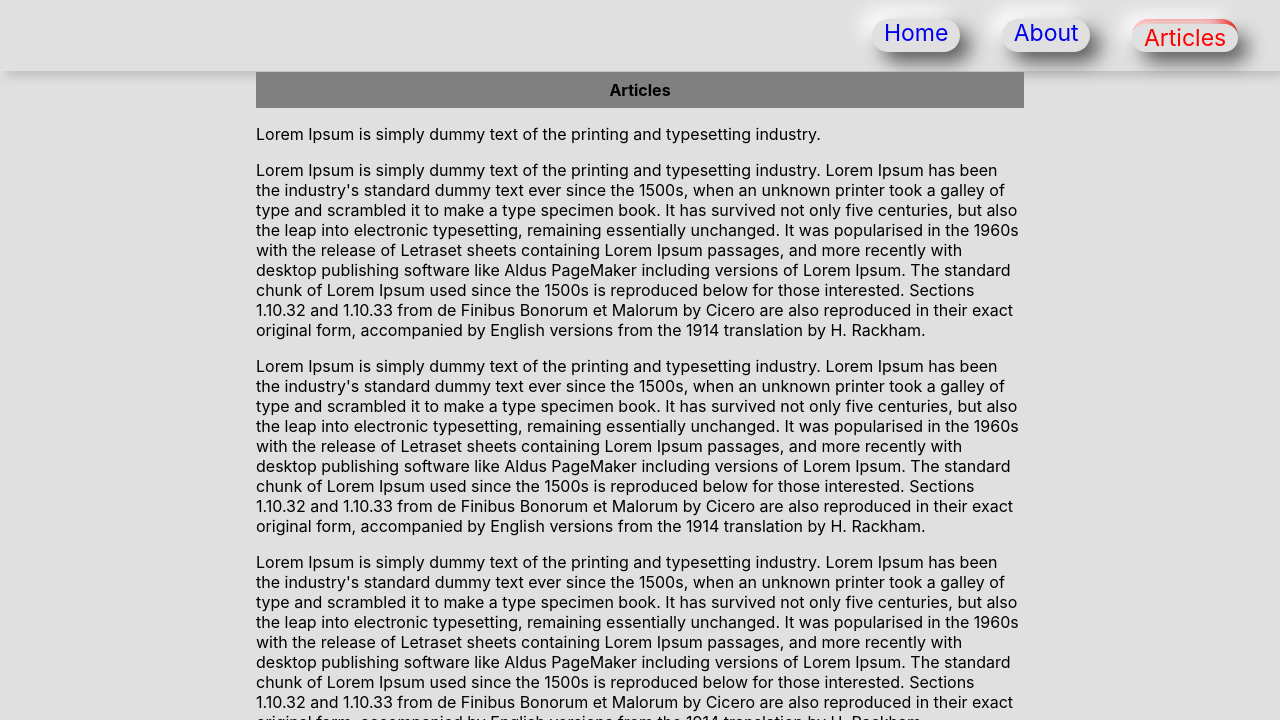
Repository: ShindanoSingi/react-software-architecture-course
Page: /articles
The author's editor kept a copy of each file at every save. The page is drawn from the files as they stood at one save, then again after the next save.
The browser window is 1280 px wide. The pictures show the whole page.
An inner scrolling area shows only its first screen. The project was rebuilt for these pictures with package versions that can differ from the ones it lists, and the page was loaded fresh each time. Also part of the build but not shown: src/App.css, src/pages/Home.js, src/pages/About.js.

Above is the page before, as saved 2022-12-26 01:04:15.

### public/index.html
<!DOCTYPE html>
<html lang="en">
  <head>
    <meta charset="utf-8" />
    <link rel="icon" href="%PUBLIC_URL%/favicon.ico" />
    <meta name="viewport" content="width=device-width, initial-scale=1" />
    <meta name="theme-color" content="#000000" />
    <meta
      name="description"
      content="Web site created using create-react-app"
    />
    <link rel="apple-touch-icon" href="%PUBLIC_URL%/logo192.png" />
    <!--
      manifest.json provides metadata used when your web app is installed on a
      user's mobile device or desktop. See https://developers.google.com/web/fundamentals/web-app-manifest/
    -->
    <link rel="manifest" href="%PUBLIC_URL%/manifest.json" />
    <!--
      Notice the use of %PUBLIC_URL% in the tags above.
      It will be replaced with the URL of the `public` folder during the build.
      Only files inside the `public` folder can be referenced from the HTML.

      Unlike "/favicon.ico" or "favicon.ico", "%PUBLIC_URL%/favicon.ico" will
      work correctly both with client-side routing and a non-root public URL.
      Learn how to configure a non-root public URL by running `npm run build`.
    -->
    {{ styles }}
    <title>React App</title>
  </head>
  <body>
    <noscript>You need to enable JavaScript to run this app.</noscript>
    <div id="root"></div>
    <!--
      This HTML file is a template.
      If you open it directly in the browser, you will see an empty page.

      You can add webfonts, meta tags, or analytics to this file.
      The build step will place the bundled scripts into the <body> tag.

      To begin the development, run `npm start` or `yarn start`.
      To create a production bundle, use `npm run build` or `yarn build`.
    -->
  </body>
</html>

### src/index.js
import React from 'react';
import ReactDOM from 'react-dom/client';
import './index.css';
import App from './App';
import reportWebVitals from './reportWebVitals';
import { BrowserRouter } from 'react-router-dom';
import { hydrate } from 'react-dom';

// const root = ReactDOM.createRoot(document.getElementById('root'));
hydrate(
  <BrowserRouter>
    <App />
  </BrowserRouter>,
  document.getElementById("root")
);

// If you want to start measuring performance in your app, pass a function
// to log results (for example: reportWebVitals(console.log))
// or send to an analytics endpoint. Learn more: https://bit.ly/CRA-vitals
reportWebVitals();

### src/index.css
body {
  margin: 0;
  font-family: -apple-system, BlinkMacSystemFont, 'Segoe UI', 'Roboto', 'Oxygen',
    'Ubuntu', 'Cantarell', 'Fira Sans', 'Droid Sans', 'Helvetica Neue',
    sans-serif;
  -webkit-font-smoothing: antialiased;
  -moz-osx-font-smoothing: grayscale;

  background: #e0e0e0;
  box-shadow: 5px 5px 10px #bebebe,
      -5px -5px 10px #ffffff;
}

.container::-webkit-scrollbar {
  display: none;
}

.container {
  -ms-overflow-style: none;
  scrollbar-width: none;
}

code {
  font-family: source-code-pro, Menlo, Monaco, Consolas, 'Courier New',
    monospace;
}

h1 {
  text-align: center;
  margin: 0rem;
  padding: 0.5em;
}

.is-active {
  color: red;
  border-top: 5px solid red;
  border-radius: 205px;
}

.home,
.about,
.articles {
  border-radius: 205px;
  background: #e0e0e0;
  box-shadow: 10px 10px 19px #5a5a5a,
      -10px -10px 19px #ffffff;
  padding: 0 0.5em;
}

.list-container,
a {
  font-size: 1.2em;
  list-style: none;
  text-decoration: none;
  display: flex;
  justify-content: flex-end;
  gap: 1em;
  margin-right: 1em;
}

.nav-bar {
  position: fixed;
  width: 100%;
  top: 0;
  background: #e0e0e0;
  box-shadow: 5px 5px 10px #bebebe,
      -5px -5px 10px #ffffff;
}

.div-container {
  color: black;
}

.container {
  position: fixed;
  top: 4.5em;
  width: 60%;
  margin: 0 20%;
  max-height: 90%;
  overflow-y: scroll;

}

### src/App.js
import React from 'react';
import './App.css';
import { Routes, Route, NavLink } from 'react-router-dom';
import Home from './pages/Home';
import About from './pages/About';
import Articles from './pages/Articles';


function App() {

   return (
   <>
      <nav className='nav-bar'>
      <ul className='list-container'>
        <NavLink to='/' className={({isActive}) => isActive ? "is-active" : null}>
          <li className='home'>Home</li>
        </NavLink>

        <NavLink to='/about' className={({isActive}) => isActive ? "is-active" : null}>
          <li className='about'>About</li>
        </NavLink>

        <NavLink to='/articles' className={({isActive}) => isActive ? "is-active" : null}>
          <li className='articles'>Articles</li>
        </NavLink>
      </ul>
    </nav>
      <Routes>
        <Route path='/' element={<Home />}/>
        <Route path='about' element={<About />}/>
        <Route path='articles' element={<Articles />}/>
      </Routes>
    </>
   )
   ;
}

 export default App;

### src/pages/Articles.js
import React from 'react'
import styled from 'styled-components'

const Heading = styled.h1`
	background: grey;
	font-size: 1em;
`

function Articles() {
  return (
    <div className="container">
	<Heading>Articles</Heading>

      <div className="div-container">
        <p>
          Lorem Ipsum is simply dummy text of the printing and typesetting
          industry.{' '}
        </p>
        <p>
          Lorem Ipsum is simply dummy text of the printing and typesetting
          industry. Lorem Ipsum has been the industry's standard dummy text ever
          since the 1500s, when an unknown printer took a galley of type and
          scrambled it to make a type specimen book. It has survived not only
          five centuries, but also the leap into electronic typesetting,
          remaining essentially unchanged. It was popularised in the 1960s with
          the release of Letraset sheets containing Lorem Ipsum passages, and
          more recently with desktop publishing software like Aldus PageMaker
          including versions of Lorem Ipsum. The standard chunk of Lorem Ipsum
          used since the 1500s is reproduced below for those interested.
          Sections 1.10.32 and 1.10.33 from de Finibus Bonorum et Malorum by
          Cicero are also reproduced in their exact original form, accompanied
          by English versions from the 1914 translation by H. Rackham.{' '}
        </p>
		<p>
          Lorem Ipsum is simply dummy text of the printing and typesetting
          industry. Lorem Ipsum has been the industry's standard dummy text ever
          since the 1500s, when an unknown printer took a galley of type and
          scrambled it to make a type specimen book. It has survived not only
          five centuries, but also the leap into electronic typesetting,
          remaining essentially unchanged. It was popularised in the 1960s with
          the release of Letraset sheets containing Lorem Ipsum passages, and
          more recently with desktop publishing software like Aldus PageMaker
          including versions of Lorem Ipsum. The standard chunk of Lorem Ipsum
          used since the 1500s is reproduced below for those interested.
          Sections 1.10.32 and 1.10.33 from de Finibus Bonorum et Malorum by
          Cicero are also reproduced in their exact original form, accompanied
          by English versions from the 1914 translation by H. Rackham.{' '}
        </p>
		<p>
          Lorem Ipsum is simply dummy text of the printing and typesetting
          industry. Lorem Ipsum has been the industry's standard dummy text ever
          since the 1500s, when an unknown printer took a galley of type and
          scrambled it to make a type specimen book. It has survived not only
          five centuries, but also the leap into electronic typesetting,
          remaining essentially unchanged. It was popularised in the 1960s with
          the release of Letraset sheets containing Lorem Ipsum passages, and
          more recently with desktop publishing software like Aldus PageMaker
          including versions of Lorem Ipsum. The standard chunk of Lorem Ipsum
          used since the 1500s is reproduced below for those interested.
          Sections 1.10.32 and 1.10.33 from de Finibus Bonorum et Malorum by
          Cicero are also reproduced in their exact original form, accompanied
          by English versions from the 1914 translation by H. Rackham.{' '}
        </p>
		<p>
          Lorem Ipsum is simply dummy text of the printing and typesetting
          industry. Lorem Ipsum has been the industry's standard dummy text ever
          since the 1500s, when an unknown printer took a galley of type and
          scrambled it to make a type specimen book. It has survived not only
          five centuries, but also the leap into electronic typesetting,
          remaining essentially unchanged. It was popularised in the 1960s with
          the release of Letraset sheets containing Lorem Ipsum passages, and
          more recently with desktop publishing software like Aldus PageMaker
          including versions of Lorem Ipsum. The standard chunk of Lorem Ipsum
          used since the 1500s is reproduced below for those interested.
          Sections 1.10.32 and 1.10.33 from de Finibus Bonorum et Malorum by
          Cicero are also reproduced in their exact original form, accompanied
          by English versions from the 1914 translation by H. Rackham.{' '}
        </p>
		<p>
          Lorem Ipsum is simply dummy text of the printing and typesetting
          industry. Lorem Ipsum has been the industry's standard dummy text ever
          since the 1500s, when an unknown printer took a galley of type and
          scrambled it to make a type specimen book. It has survived not only
          five centuries, but also the leap into electronic typesetting,
          remaining essentially unchanged. It was popularised in the 1960s with
          the release of Letraset sheets containing Lorem Ipsum passages, and
          more recently with desktop publishing software like Aldus PageMaker
          including versions of Lorem Ipsum. The standard chunk of Lorem Ipsum
          used since the 1500s is reproduced below for those interested.
          Sections 1.10.32 and 1.10.33 from de Finibus Bonorum et Malorum by
          Cicero are also reproduced in their exact original form, accompanied
          by English versions from the 1914 translation by H. Rackham.{' '}
        </p>
		<p>
          Lorem Ipsum is simply dummy text of the printing and typesetting
          industry. Lorem Ipsum has been the industry's standard dummy text ever
          since the 1500s, when an unknown printer took a galley of type and
          scrambled it to make a type specimen book. It has survived not only
          five centuries, but also the leap into electronic typesetting,
          remaining essentially unchanged. It was popularised in the 1960s with
          the release of Letraset sheets containing Lorem Ipsum passages, and
          more recently with desktop publishing software like Aldus PageMaker
          including versions of Lorem Ipsum. The standard chunk of Lorem Ipsum
          used since the 1500s is reproduced below for those interested.
          Sections 1.10.32 and 1.10.33 from de Finibus Bonorum et Malorum by
          Cicero are also reproduced in their exact original form, accompanied
          by English versions from the 1914 translation by H. Rackham.{' '}
        </p>
		<p>
          Lorem Ipsum is simply dummy text of the printing and typesetting
          industry. Lorem Ipsum has been the industry's standard dummy text ever
          since the 1500s, when an unknown printer took a galley of type and
          scrambled it to make a type specimen book. It has survived not only
          five centuries, but also the leap into electronic typesetting,
          remaining essentially unchanged. It was popularised in the 1960s with
          the release of Letraset sheets containing Lorem Ipsum passages, and
          more recently with desktop publishing software like Aldus PageMaker
          including versions of Lorem Ipsum. The standard chunk of Lorem Ipsum
          used since the 1500s is reproduced below for those interested.
          Sections 1.10.32 and 1.10.33 from de Finibus Bonorum et Malorum by
          Cicero are also reproduced in their exact original form, accompanied
          by English versions from the 1914 translation by H. Rackham.{' '}
        </p>
		<p>
          Lorem Ipsum is simply dummy text of the printing and typesetting
          industry. Lorem Ipsum has been the industry's standard dummy text ever
          since the 1500s, when an unknown printer took a galley of type and
          scrambled it to make a type specimen book. It has survived not only
          five centuries, but also the leap into electronic typesetting,
          remaining essentially unchanged. It was popularised in the 1960s with
          the release of Letraset sheets containing Lorem Ipsum passages, and
          more recently with desktop publishing software like Aldus PageMaker
          including versions of Lorem Ipsum. The standard chunk of Lorem Ipsum
          used since the 1500s is reproduced below for those interested.
          Sections 1.10.32 and 1.10.33 from de Finibus Bonorum et Malorum by
          Cicero are also reproduced in their exact original form, accompanied
          by English versions from the 1914 translation by H. Rackham.{' '}
        </p>
		<p>
          Lorem Ipsum is simply dummy text of the printing and typesetting
          industry. Lorem Ipsum has been the industry's standard dummy text ever
          since the 1500s, when an unknown printer took a galley of type and
          scrambled it to make a type specimen book. It has survived not only
          five centuries, but also the leap into electronic typesetting,
          remaining essentially unchanged. It was popularised in the 1960s with
          the release of Letraset sheets containing Lorem Ipsum passages, and
          more recently with desktop publishing software like Aldus PageMaker
          including versions of Lorem Ipsum. The standard chunk of Lorem Ipsum
          used since the 1500s is reproduced below for those interested.
          Sections 1.10.32 and 1.10.33 from de Finibus Bonorum et Malorum by
          Cicero are also reproduced in their exact original form, accompanied
          by English versions from the 1914 translation by H. Rackham.{' '}
        </p>
		<p>
          Lorem Ipsum is simply dummy text of the printing and typesetting
          industry. Lorem Ipsum has been the industry's standard dummy text ever
          since the 1500s, when an unknown printer took a galley of type and
          scrambled it to make a type specimen book. It has survived not only
          five centuries, but also the leap into electronic typesetting,
          remaining essentially unchanged. It was popularised in the 1960s with
          the release of Letraset sheets containing Lorem Ipsum passages, and
          more recently with desktop publishing software like Aldus PageMaker
          including versions of Lorem Ipsum. The standard chunk of Lorem Ipsum
          used since the 1500s is reproduced below for those interested.
          Sections 1.10.32 and 1.10.33 from de Finibus Bonorum et Malorum by
          Cicero are also reproduced in their exact original form, accompanied
          by English versions from the 1914 translation by H. Rackham.{' '}
        </p>
		<p>
          Lorem Ipsum is simply dummy text of the printing and typesetting
          industry. Lorem Ipsum has been the industry's standard dummy text ever
          since the 1500s, when an unknown printer took a galley of type and
          scrambled it to make a type specimen book. It has survived not only
          five centuries, but also the leap into electronic typesetting,
          remaining essentially unchanged. It was popularised in the 1960s with
          the release of Letraset sheets containing Lorem Ipsum passages, and
          more recently with desktop publishing software like Aldus PageMaker
          including versions of Lorem Ipsum. The standard chunk of Lorem Ipsum
          used since the 1500s is reproduced below for those interested.
          Sections 1.10.32 and 1.10.33 from de Finibus Bonorum et Malorum by
          Cicero are also reproduced in their exact original form, accompanied
          by English versions from the 1914 translation by H. Rackham.{' '}
        </p>
		<p>
          Lorem Ipsum is simply dummy text of the printing and typesetting
          industry. Lorem Ipsum has been the industry's standard dummy text ever
          since the 1500s, when an unknown printer took a galley of type and
          scrambled it to make a type specimen book. It has survived not only
          five centuries, but also the leap into electronic typesetting,
          remaining essentially unchanged. It was popularised in the 1960s with
          the release of Letraset sheets containing Lorem Ipsum passages, and
          more recently with desktop publishing software like Aldus PageMaker
          including versions of Lorem Ipsum. The standard chunk of Lorem Ipsum
          used since the 1500s is reproduced below for those interested.
          Sections 1.10.32 and 1.10.33 from de Finibus Bonorum et Malorum by
          Cicero are also reproduced in their exact original form, accompanied
          by English versions from the 1914 translation by H. Rackham.{' '}
        </p>
		<p>
          Lorem Ipsum is simply dummy text of the printing and typesetting
          industry. Lorem Ipsum has been the industry's standard dummy text ever
          since the 1500s, when an unknown printer took a galley of type and
          scrambled it to make a type specimen book. It has survived not only
          five centuries, but also the leap into electronic typesetting,
          remaining essentially unchanged. It was popularised in the 1960s with
          the release of Letraset sheets containing Lorem Ipsum passages, and
          more recently with desktop publishing software like Aldus PageMaker
          including versions of Lorem Ipsum. The standard chunk of Lorem Ipsum
          used since the 1500s is reproduced below for those interested.
          Sections 1.10.32 and 1.10.33 from de Finibus Bonorum et Malorum by
          Cicero are also reproduced in their exact original form, accompanied
          by English versions from the 1914 translation by H. Rackham.{' '}
        </p>
		<p>
          Lorem Ipsum is simply dummy text of the printing and typesetting
          industry. Lorem Ipsum has been the industry's standard dummy text ever
          since the 1500s, when an unknown printer took a galley of type and
          scrambled it to make a type specimen book. It has survived not only
          five centuries, but also the leap into electronic typesetting,
          remaining essentially unchanged. It was popularised in the 1960s with
          the release of Letraset sheets containing Lorem Ipsum passages, and
          more recently with desktop publishing software like Aldus PageMaker
          including versions of Lorem Ipsum. The standard chunk of Lorem Ipsum
          used since the 1500s is reproduced below for those interested.
          Sections 1.10.32 and 1.10.33 from de Finibus Bonorum et Malorum by
          Cicero are also reproduced in their exact original form, accompanied
          by English versions from the 1914 translation by H. Rackham.{' '}
        </p>
		<p>
          Lorem Ipsum is simply dummy text of the printing and typesetting
          industry. Lorem Ipsum has been the industry's standard dummy text ever
          since the 1500s, when an unknown printer took a galley of type and
          scrambled it to make a type specimen book. It has survived not only
          five centuries, but also the leap into electronic typesetting,
          remaining essentially unchanged. It was popularised in the 1960s with
          the release of Letraset sheets containing Lorem Ipsum passages, and
          more recently with desktop publishing software like Aldus PageMaker
          including versions of Lorem Ipsum. The standard chunk of Lorem Ipsum
          used since the 1500s is reproduced below for those interested.
          Sections 1.10.32 and 1.10.33 from de Finibus Bonorum et Malorum by
          Cicero are also reproduced in their exact original form, accompanied
          by English versions from the 1914 translation by H. Rackham.{' '}
        </p>
		<p>
          Lorem Ipsum is simply dummy text of the printing and typesetting
          industry. Lorem Ipsum has been the industry's standard dummy text ever
          since the 1500s, when an unknown printer took a galley of type and
          scrambled it to make a type specimen book. It has survived not only
          five centuries, but also the leap into electronic typesetting,
          remaining essentially unchanged. It was popularised in the 1960s with
          the release of Letraset sheets containing Lorem Ipsum passages, and
          more recently with desktop publishing software like Aldus PageMaker
          including versions of Lorem Ipsum. The standard chunk of Lorem Ipsum
          used since the 1500s is reproduced below for those interested.
          Sections 1.10.32 and 1.10.33 from de Finibus Bonorum et Malorum by
          Cicero are also reproduced in their exact original form, accompanied
          by English versions from the 1914 translation by H. Rackham.{' '}
        </p>
		<p>
          Lorem Ipsum is simply dummy text of the printing and typesetting
          industry. Lorem Ipsum has been the industry's standard dummy text ever
          since the 1500s, when an unknown printer took a galley of type and
          scrambled it to make a type specimen book. It has survived not only
          five centuries, but also the leap into electronic typesetting,
          remaining essentially unchanged. It was popularised in the 1960s with
          the release of Letraset sheets containing Lorem Ipsum passages, and
          more recently with desktop publishing software like Aldus PageMaker
          including versions of Lorem Ipsum. The standard chunk of Lorem Ipsum
          used since the 1500s is reproduced below for those interested.
          Sections 1.10.32 and 1.10.33 from de Finibus Bonorum et Malorum by
          Cicero are also reproduced in their exact original form, accompanied
          by English versions from the 1914 translation by H. Rackham.{' '}
        </p>

      </div>
    </div>
  )
}

export default Articles

Loaded but not shown: src/reportWebVitals.js (common file)

After the next save:
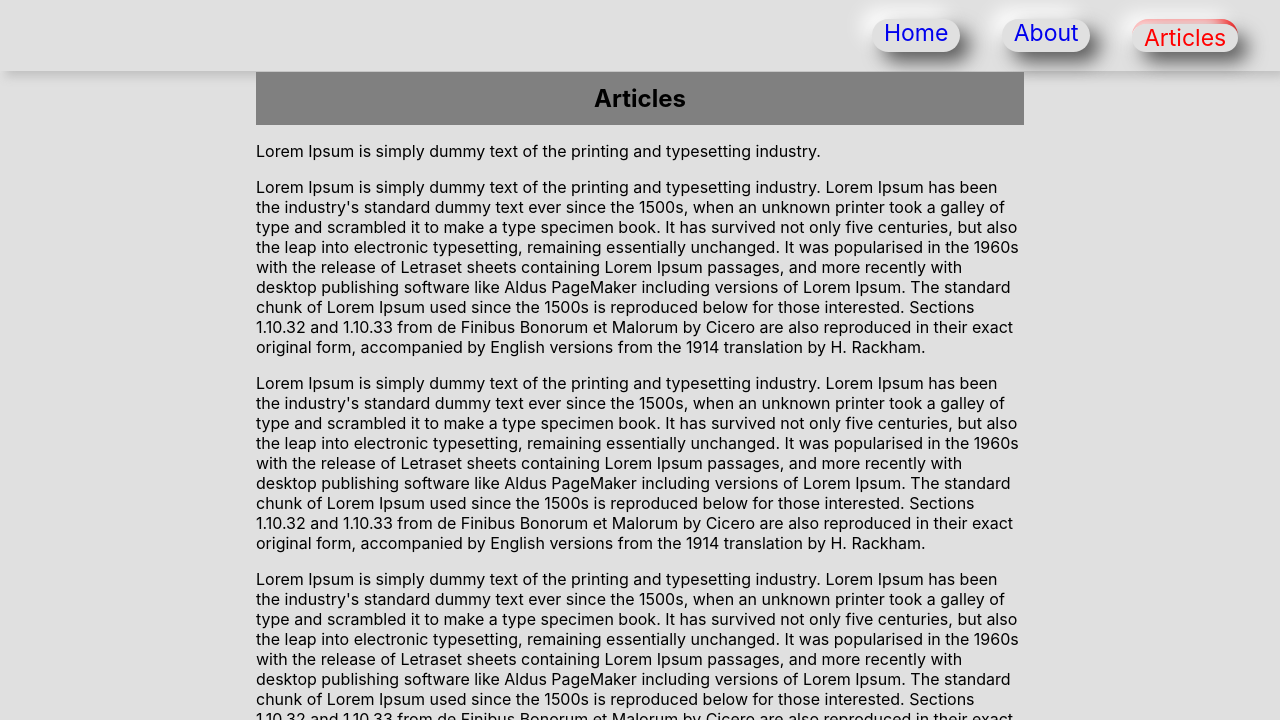
Saved 7 s later.
--- a/src/pages/Articles.js
+++ b/src/pages/Articles.js
@@ -3,7 +3,7 @@ import styled from 'styled-components'
 
 const Heading = styled.h1`
 	background: grey;
-	font-size: 1em;
+	font-size: 1.5em;
 `
 
 function Articles() {
